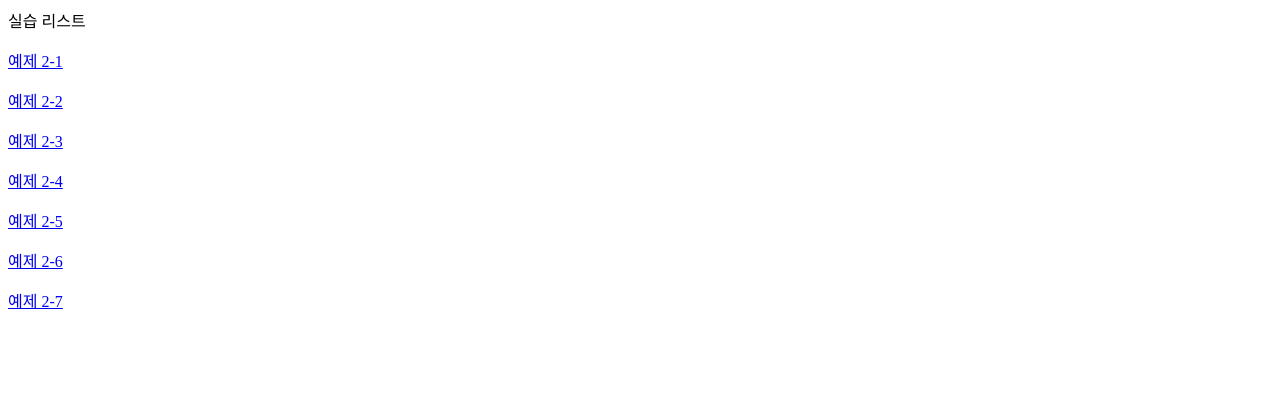
Repository: ezooo/JSP
Page: http://localhost/jspbook/
An editor plug-in stored every save of this project. The page is shown before and after the next save, followed by the edit.
The browser window is 1280 px wide. The pictures show the whole page.
The page is served by Tomcat 10.

Above is the page before, as saved 2024-10-08 02:38:08.

After the next save:
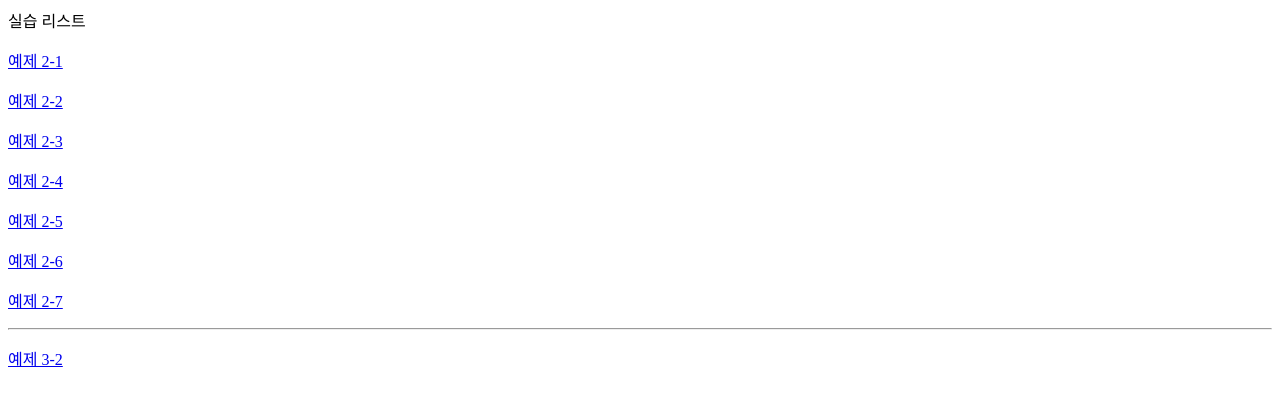
Saved 75 min 18 s later.
--- a/jspbook/src/main/webapp/index.jsp
+++ b/jspbook/src/main/webapp/index.jsp
@@ -8,26 +8,15 @@
 </head>
 <body>
 	실습 리스트
-	<p>
-		<a href="2_1">예제 2-1</a>
-	</p>
-	<p>
-		<a href="2_2">예제 2-2</a>
-	</p>
-	<p>
-		<a href="2_3">예제 2-3</a>
-	</p>
-	<p>
-		<a href="2_4">예제 2-4</a>
-	</p>
-	<p>
-		<a href="2_5">예제 2-5</a>
-	</p>
-	<p>
-		<a href="2_6">예제 2-6</a>
-	</p>
-	<p>
-		<a href="2_7">예제 2-7</a>
-	</p>
+	<p><a href="2_1">예제 2-1</a></p>
+	<p><a href="2_2">예제 2-2</a></p>
+	<p><a href="2_3">예제 2-3</a></p>
+	<p><a href="2_4">예제 2-4</a></p>
+	<p><a href="2_5">예제 2-5</a></p>
+	<p><a href="2_6">예제 2-6</a></p>
+	<p><a href="2_7">예제 2-7</a></p>
+	<hr>
+	<p><a href="3_2">예제 3-2</a></p>
+
 </body>
 </html>
